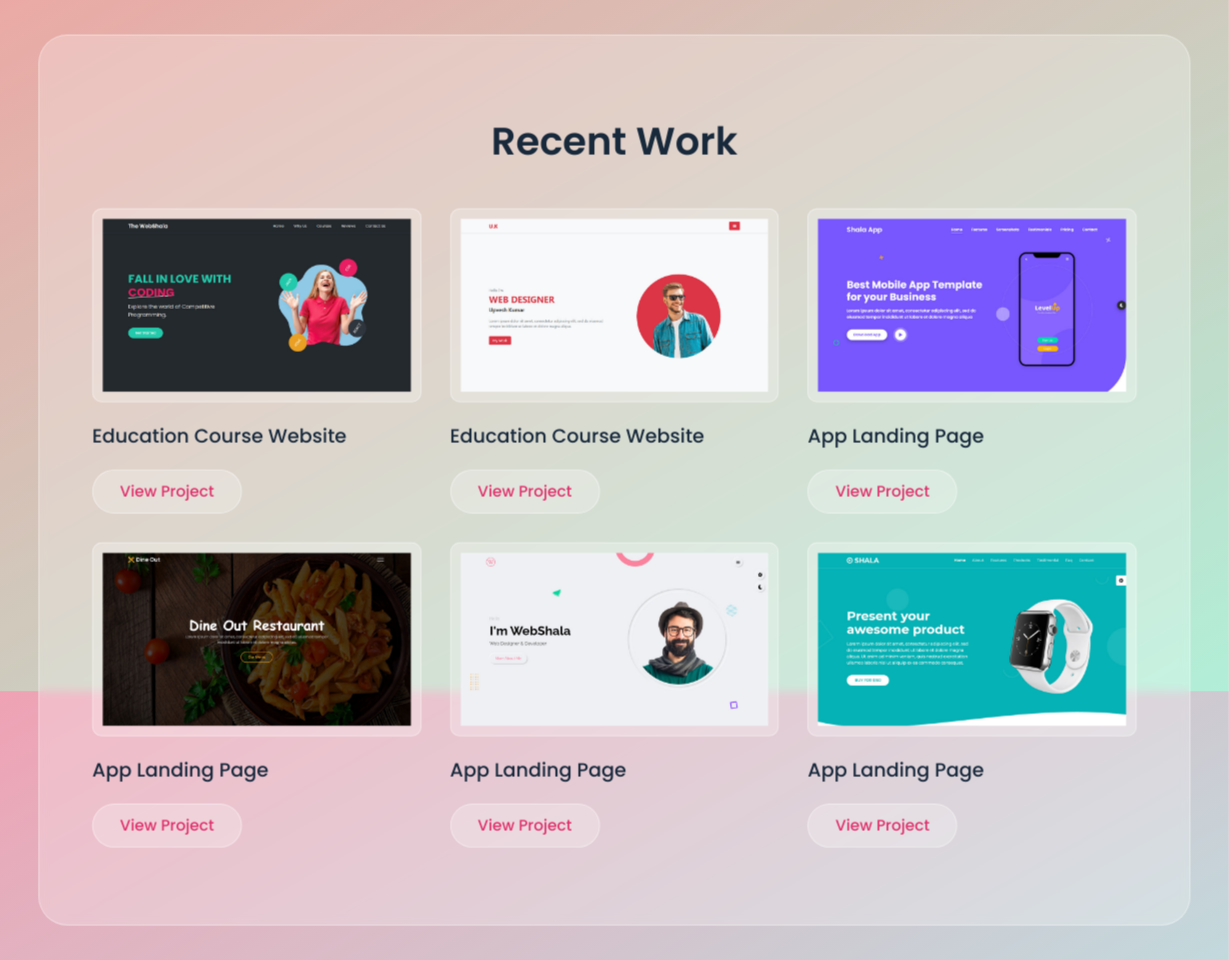
Repository: dewaary/Glassmorp-me
Page: index.html
The author's editor kept a copy of each file at every save. The page is drawn from the files as they stood at one save, then again after the next save.
The browser window is 1280 px wide. The pictures show the whole page, at 96% of full size.
Backgrounds fixed to the window are drawn as part of the page.

Above is the page before, as saved 2021-05-26 07:56:31.

After the next save:
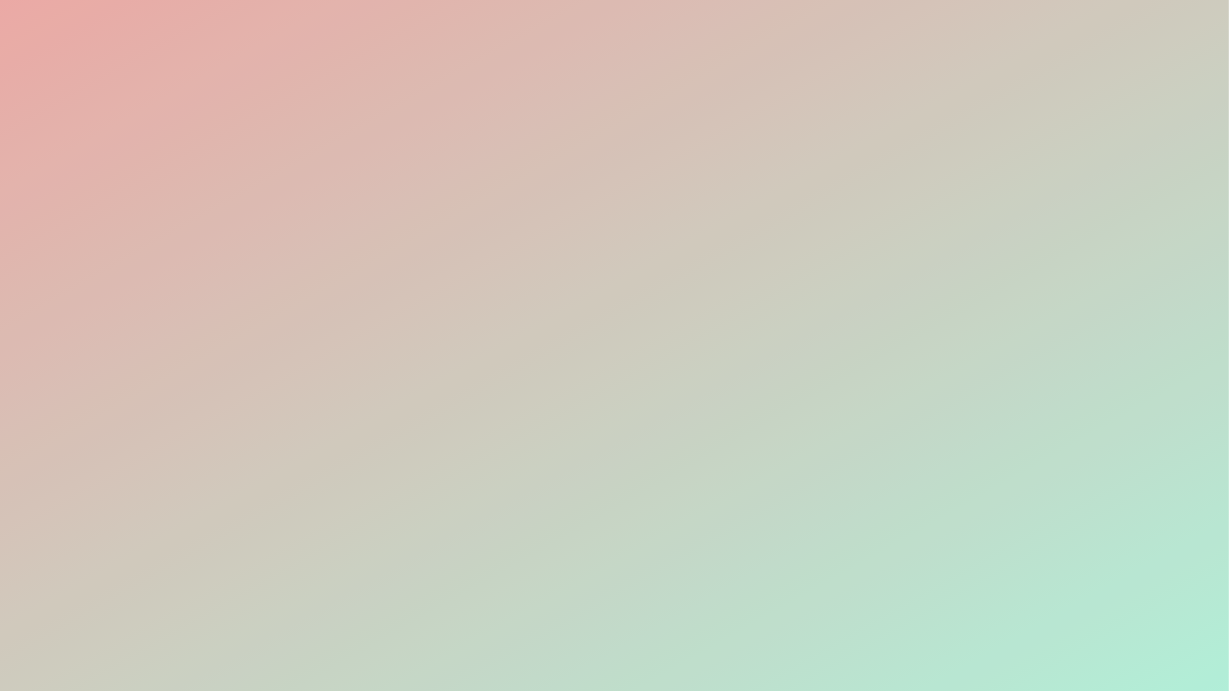
Saved 22 s later.
--- a/index.html
+++ b/index.html
@@ -10,7 +10,7 @@
 </head>
 
 <body>
-    <div class="main">
+    <div class="main hidden">
         <section class="home-section align-items-center hidden">
             <div class="container">
                 <div class="row align-items-center">
